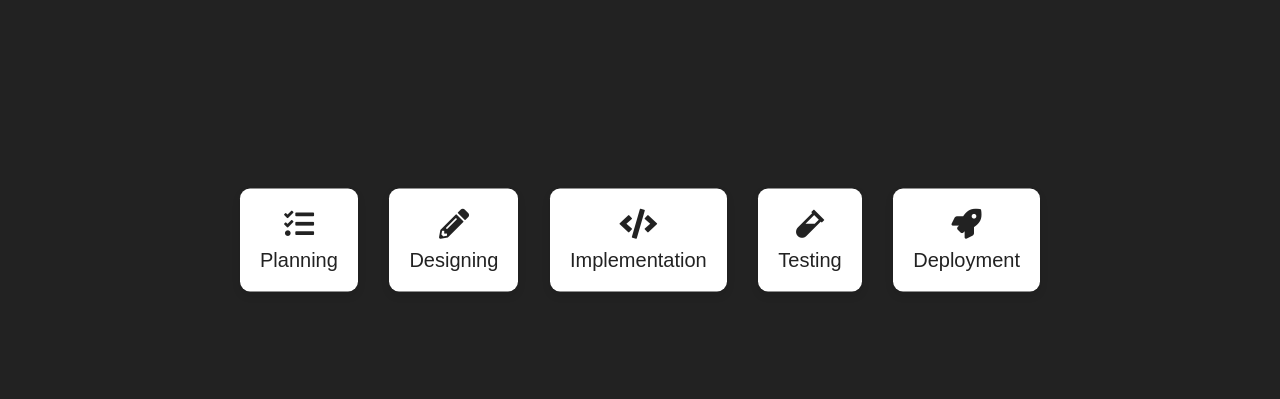
Repository: itsquadian/IT-SQUADIAN
Page: try.html
An editor plug-in stored every save of this project. The page is shown before and after the next save, followed by the edit.
The browser window is 1280 px wide. The pictures show the whole page.

Above is the page before, as saved 2024-04-13 20:16:46.

After the next save:
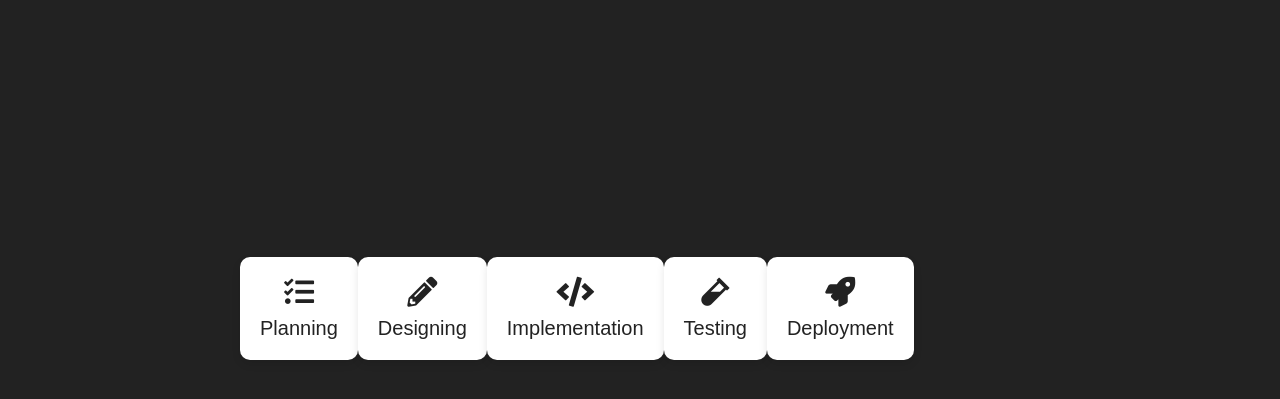
Saved 91 s later.
--- a/try.html
+++ b/try.html
@@ -37,11 +37,9 @@
 
     .steps {
         position: absolute;
-        top: 60%;
-        transform: translateY(-50%);
+        bottom: 5%;
         display: flex;
-        justify-content: space-between;
-        align-items: center;
+        align-items: flex-end;
         width: 80%;
         max-width: 800px;
         font-size: 20px;
@@ -57,18 +55,18 @@
         position: relative;
         background-color: #fff; /* Set text color to white */
         color:#222;
-
+        margin-bottom: 20px; /* Adjust the vertical spacing */
+        transition: all 0.5s ease; /* Add smooth transition */
     }
 
     .step i {
         font-size: 30px;
         margin-bottom: 10px;
-
     }
 
     @keyframes appear {
-        0% { opacity: 0; }
-        100% { opacity: 1; }
+        0% { opacity: 0; transform: translateY(-50px); } /* Initial position above */
+        100% { opacity: 1; transform: translateY(0); } /* Final position */
     }
 </style>
 </head>
